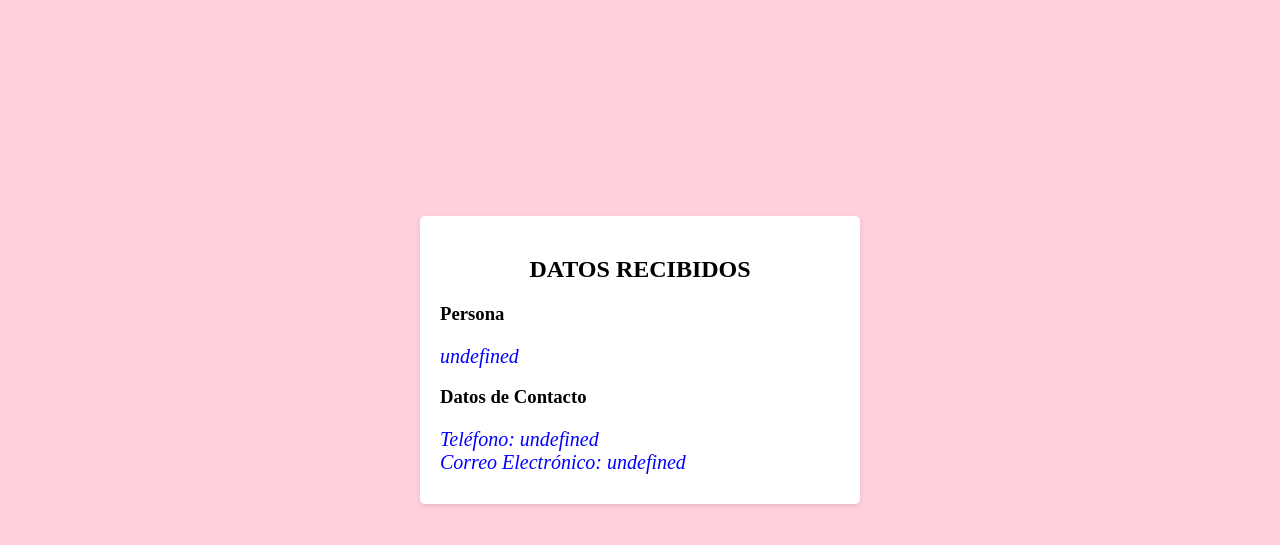
Repository: UVMCoyoacan/InnovaWeb
Page: recibedatosCV.html
These files come from the project's save history. The page is drawn as it stood at one moment and after the next save; the edit follows.
The browser window is 1280 px wide. The pictures show the whole page.

Above is the page before, as saved 2024-03-01 11:41:51.

After the next save:
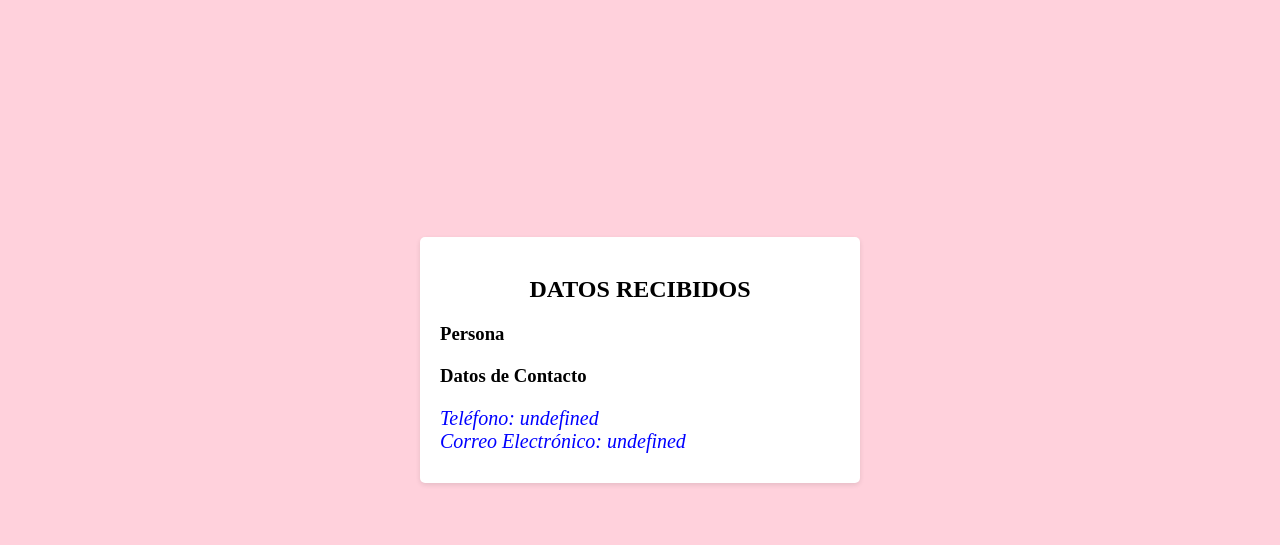
Saved 37 s later.
--- a/recibedatosCV.html
+++ b/recibedatosCV.html
@@ -55,9 +55,9 @@
         }
 
         var params = getUrlVars();
-        var nombre = decodeURIComponent(params["nombre"]);
-        var telefono = decodeURI(params["telefono"]);
-        var correo = decodeURIComponent(params["email"]);
+        var nombre = params["nombre"];
+        var telefono = params["telefono"];
+        var correo = params["email"];
 
         var nomper = document.getElementById("Persona");
         var datPers = document.getElementById("Detalles");
